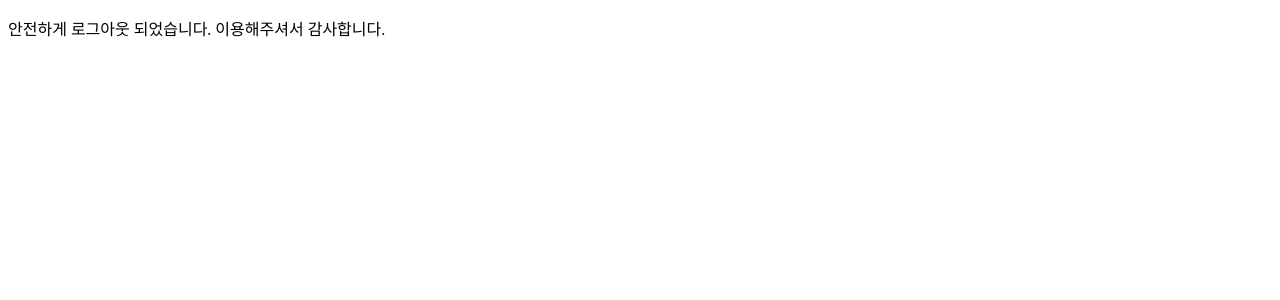
Repository: Gabintree/JDBC2019
Page: http://localhost/JDBC_20190521/20190527_Logout.jsp
These files come from the project's save history. The page is drawn as it stood at one moment and after the next save; the edit follows.
The browser window is 1280 px wide. The pictures show the whole page.
The page is served by Tomcat 9. Other server files are loaded and not shown.

Above is the page before, as saved 2019-05-27 00:56:22.

### JDBC_20190521/WebContent/20190527_Logout.jsp
<%@ page language="java" contentType="text/html; charset=UTF-8"
    pageEncoding="UTF-8"%>
<!DOCTYPE html>
<html>
<head>
<meta charset="UTF-8">
<title>Insert title here</title>
</head>
<body>



<p>안전하게 로그아웃 되었습니다. 이용해주셔서 감사합니다.</p>
</body>
</html>

After the next save:
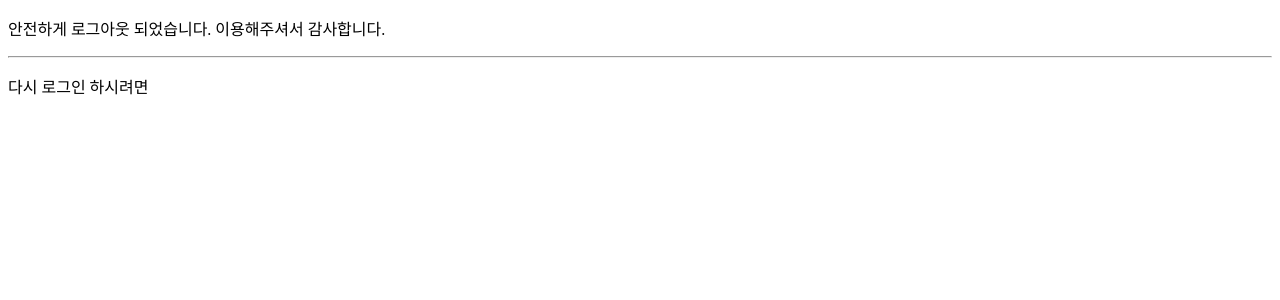
Saved 20 s later.
--- a/JDBC_20190521/WebContent/20190527_Logout.jsp
+++ b/JDBC_20190521/WebContent/20190527_Logout.jsp
@@ -11,5 +11,7 @@
 
 
 <p>안전하게 로그아웃 되었습니다. 이용해주셔서 감사합니다.</p>
+<hr>
+<p>다시 로그인 하시려면<br></p>
 </body>
 </html>
